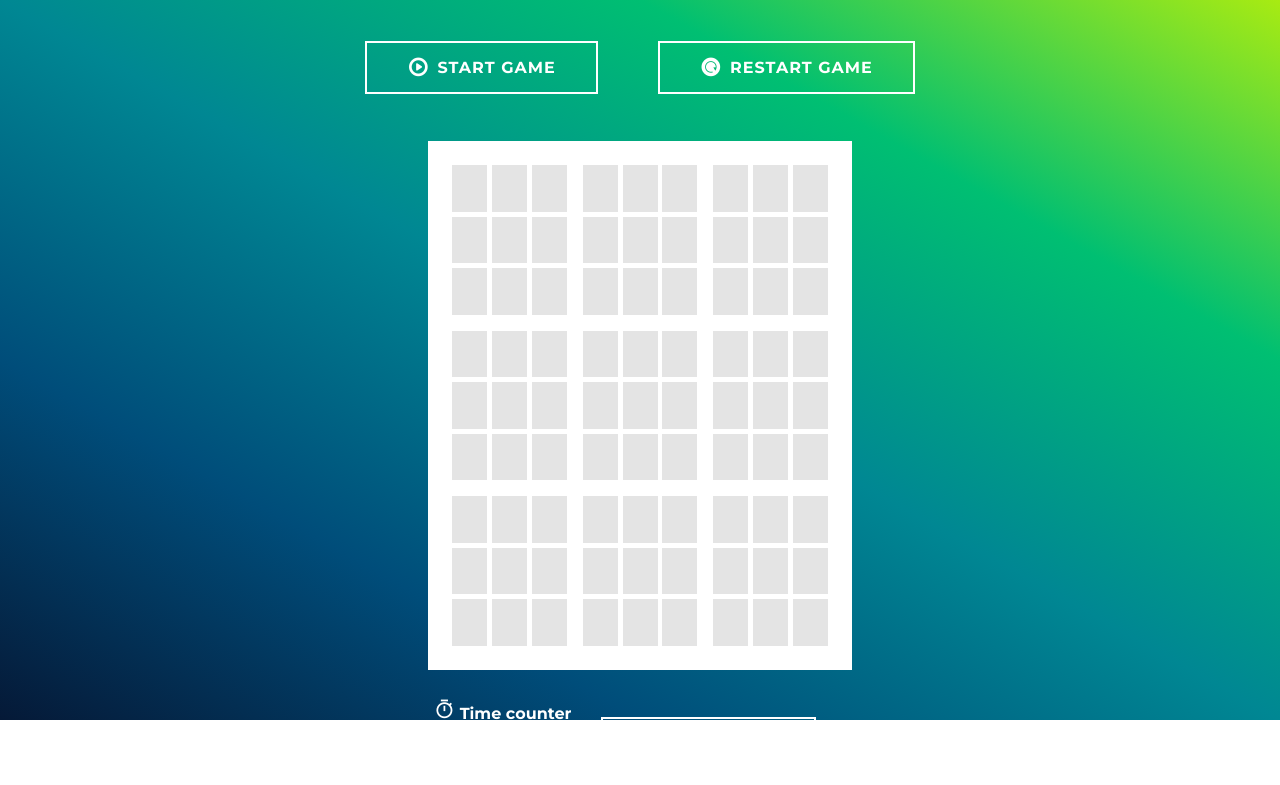
Repository: pattypetrikova/sudoku
Page: index.html
The author's editor kept a copy of each file at every save. The page is drawn from the files as they stood at one save, then again after the next save.
The browser window is 1280 px wide. The pictures show the whole page.
Some web fonts or font styles are not loaded; a fallback is used.

Above is the page before, as saved 2022-12-30 12:31:27.

After the next save:
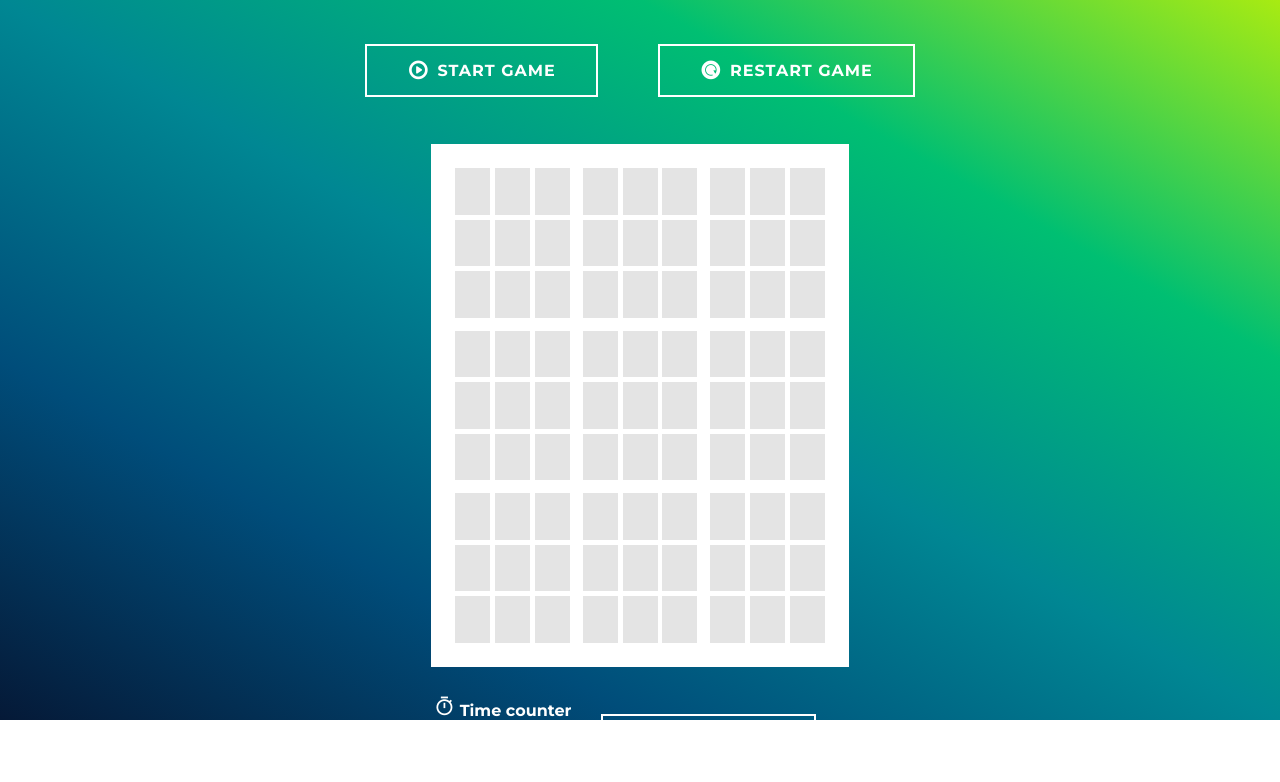
Saved 4 s later.
--- a/assets/style.css
+++ b/assets/style.css
@@ -42,7 +42,7 @@
     display: grid;
     padding: 1.5em;
     grid-template-columns: 1fr 1fr 1fr;
-    gap: 1em;
+    gap: 0.8em;
 }
 
 .board-section {
